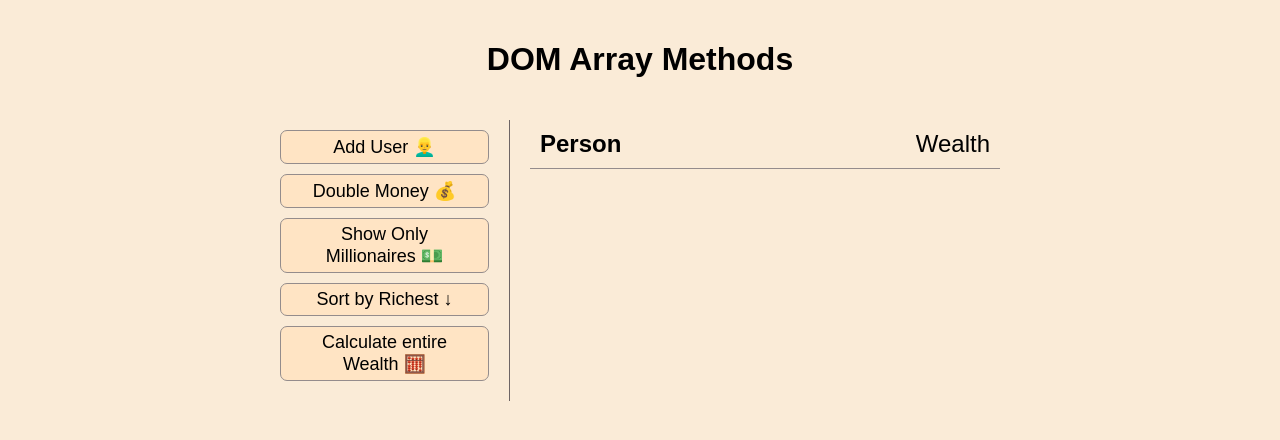
Repository: AbrorjonKuchkarov/DOM-Array-Methods
Page: index.html
The author's editor kept a copy of each file at every save. The page is drawn from the files as they stood at one save, then again after the next save.
The browser window is 1280 px wide. The pictures show the whole page.
The pointer rests on the first visible `button`.

Above is the page before, as saved 2022-02-24 15:52:16.

After the next save:
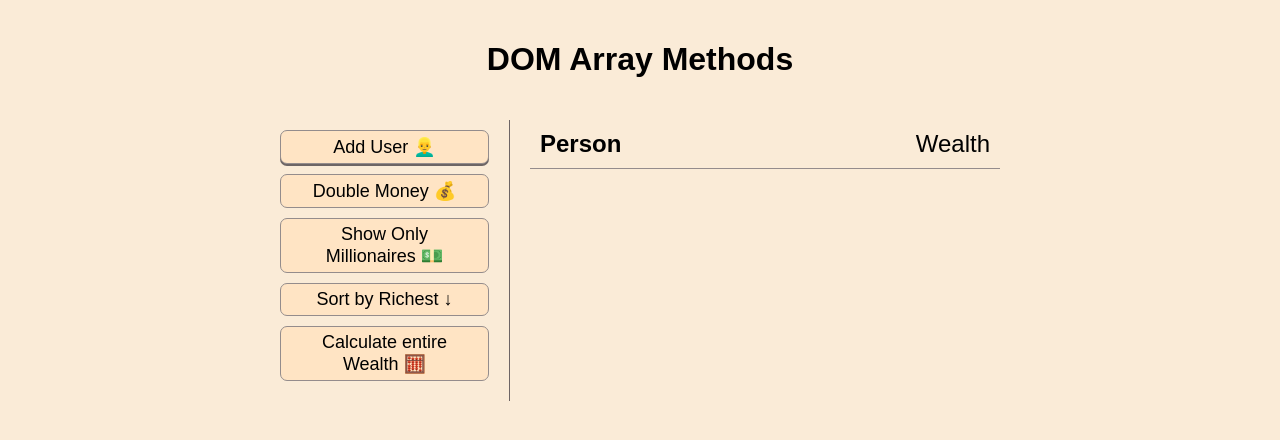
Saved 17 s later.
--- a/style.css
+++ b/style.css
@@ -41,7 +41,7 @@ button {
 }
 
 button:hover {
-   box-shadow: 0px 2px blur;
+   box-shadow: 0px 2px #6d6565;
 }
 
 main{
